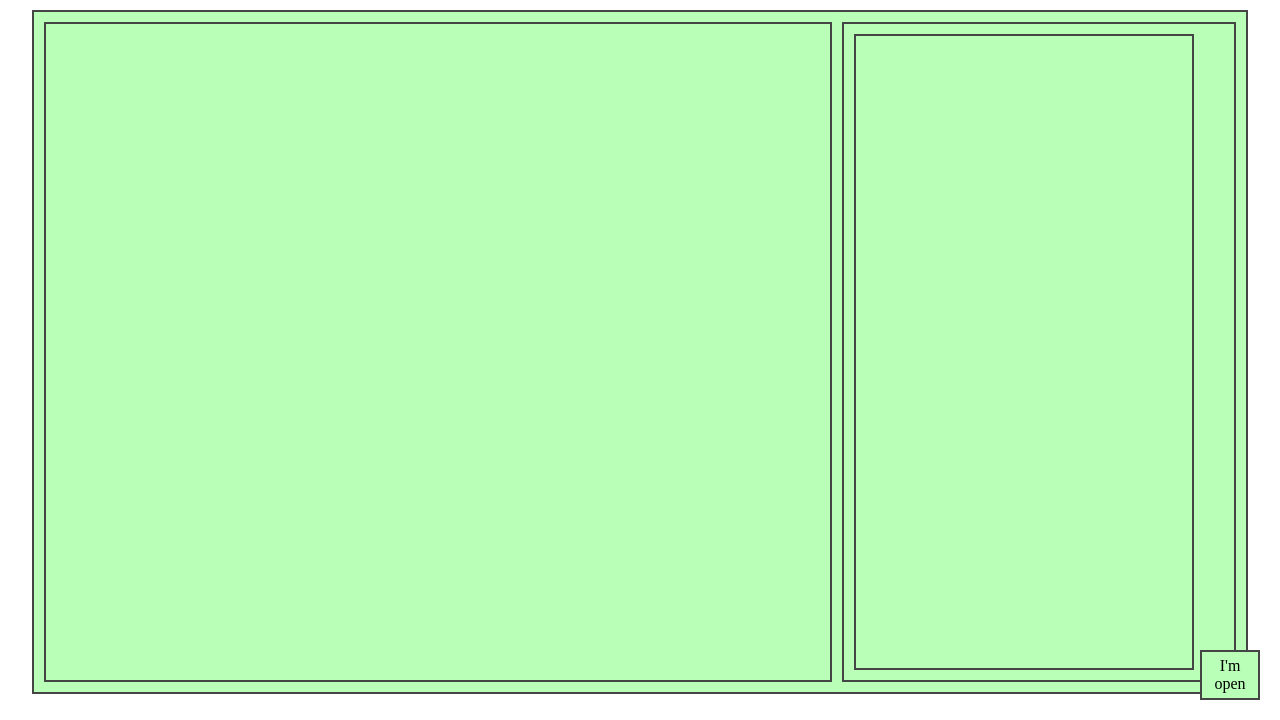
Repository: tannerbroberts/tannerbroberts.github.io
Page: /
An editor plug-in stored every save of this project. The page is shown before and after the next save, followed by the edit.
The browser window is 1280 px wide. The pictures show the whole page.
The project was rebuilt for these pictures with package versions that can differ from the ones it lists, and the page was loaded fresh each time. Also part of the build but not shown: vite.config.ts.

Above is the page before, as saved 2022-10-04 10:00:09.

After the next save:
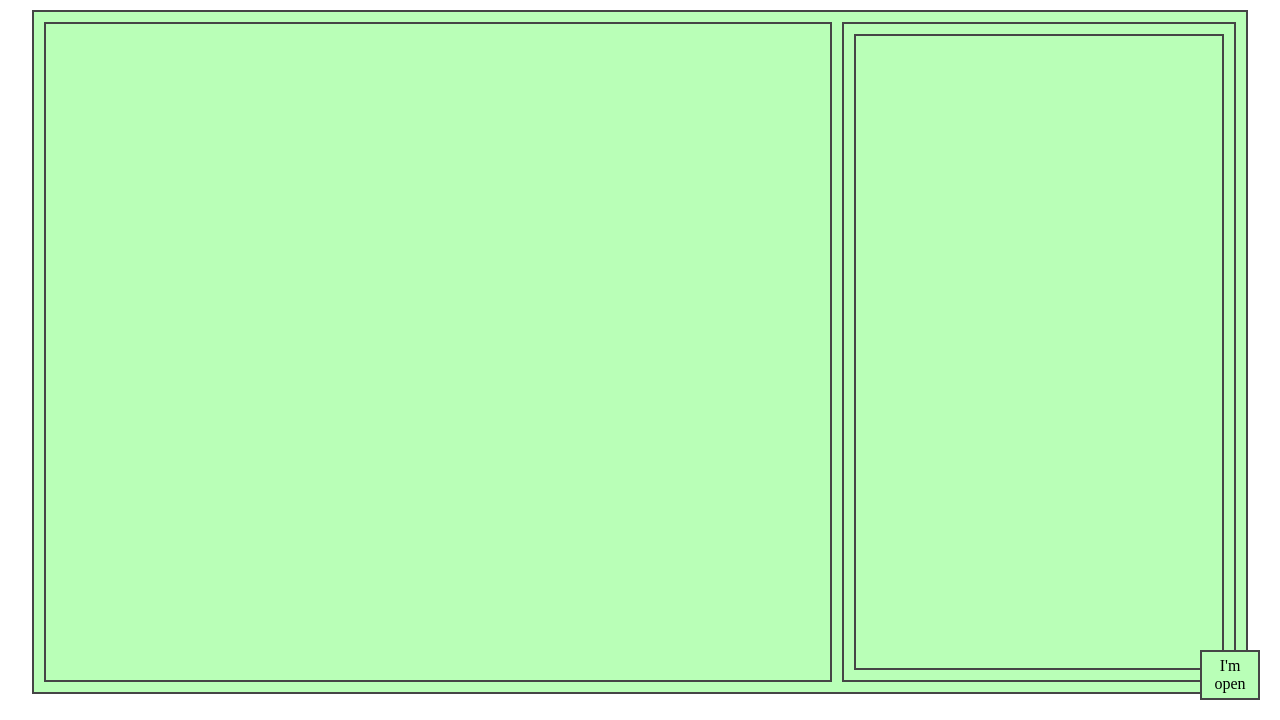
Saved 36 s later.
--- a/src/components/Shelf/Shelf.js
+++ b/src/components/Shelf/Shelf.js
@@ -12,7 +12,7 @@ const shelfContentCSS = (openStatus) => {
 
 const shelfCSS = {
 	...cssHelper,
-	gridTemplate: "1fr / 4fr 20px",
+	gridTemplate: "1fr / 1fr",
 }
 
 export default function Shelf() {
